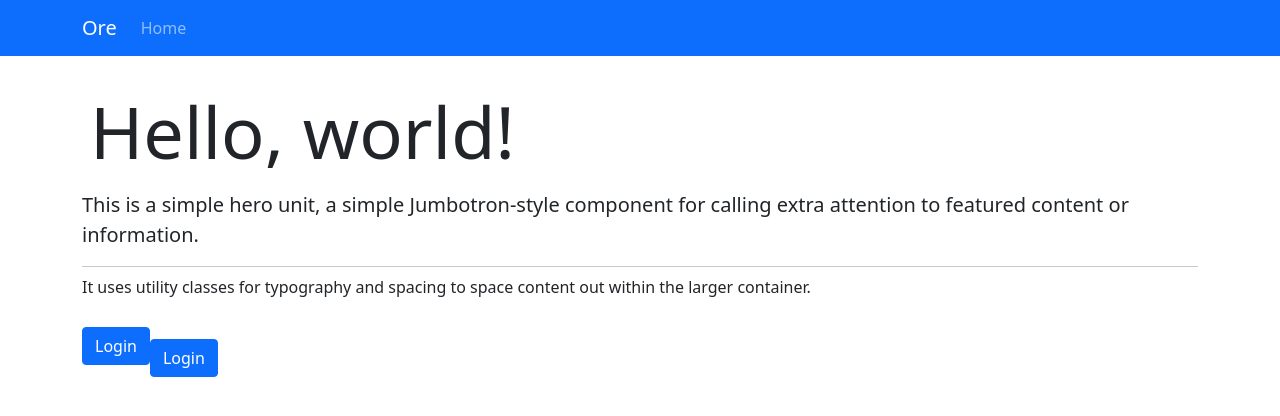
Repository: thf4/React-Front
Page: /
An editor plug-in stored every save of this project. The page is shown before and after the next save, followed by the edit.
The browser window is 1280 px wide. The pictures show the whole page.
The project was rebuilt for these pictures with package versions that can differ from the ones it lists, and the page was loaded fresh each time. Also part of the build but not shown: src/config/index.js, src/pages/Home/index.js, src/pages/Vizualizar/index.js, src/config/cadastrar.js, src/pages/Cadastrar/index.js, src/pages/Editar/index.js.

Above is the page before, as saved 2021-05-07 15:43:32.

### src/App.js
import React from "react";
import { BrowserRouter as Router, Switch, Route } from "react-router-dom";
import { Home } from "./pages/Home/";
import { View } from "./pages/Vizualizar/";
import { Cadastrar } from "./pages/Cadastrar/";
import { Editar } from "./pages/Editar/";
import { Menu } from "./components/Menu";
import { Login } from "./pages/Login/index"
import 'bootstrap/dist/css/bootstrap.min.css';
function App() {
  return (
    <div>
      <Menu />
      <Router>
        <Switch>
          <Route exact path="/" component={Login} />
          <Route path="/listar" component={Home} />
          <Route path="/view" component={View} />
          <Route path="/cadastrar" component={Cadastrar} />
          <Route path="/editar" component={Editar} />
        </Switch>
      </Router>
    </div>
  );
}

export default App;

### src/components/Menu.js
import React, { useState } from "react";
import {
  Collapse,
  Navbar,
  NavbarToggler,
  NavbarBrand,
  Nav,
  NavItem,
  NavLink,
  Container,
} from "reactstrap";
export const Menu = (props) => {
  const [isOpen, setIsOpen] = useState(false);
  const toggle = () => setIsOpen(!isOpen);

  return (
    <div>
      <Navbar color="primary" dark expand="md">
        <Container>
        <NavbarBrand href="/">Ore</NavbarBrand>
        <NavbarToggler onClick={toggle} />
        <Collapse isOpen={isOpen} navbar>
          <Nav className="mr-auto" navbar>
            <NavItem>
              <NavLink href="/">Home</NavLink>
            </NavItem>
          </Nav>
        </Collapse>
        </Container>
      </Navbar>
    </div>
  );
};

### src/pages/Login/index.js
import React from "react";
import { Jumbotron, Button, Container } from "reactstrap";

export const Login = (props) => {
  return (
    <div>
      <Jumbotron>
        <Container>
          <h1 className="display-2 mt-4 p-2">Hello, world!</h1>
          <p className="lead">
            This is a simple hero unit, a simple Jumbotron-style component for
            calling extra attention to featured content or information.
          </p>
          <hr className="my-2" />
          <p>
            It uses utility classes for typography and spacing to space content
            out within the larger container.
          </p>
          <p className="lead">
            <Button color="primary">Login</Button>
            <Button color="primary mt-4">Login</Button>
          </p>

        </Container>
      </Jumbotron>
    </div>
  );
};

Loaded but not shown: public/index.html (common file); src/index.js (common file); src/index.css (common file); src/reportWebVitals.js (common file)

After the next save:
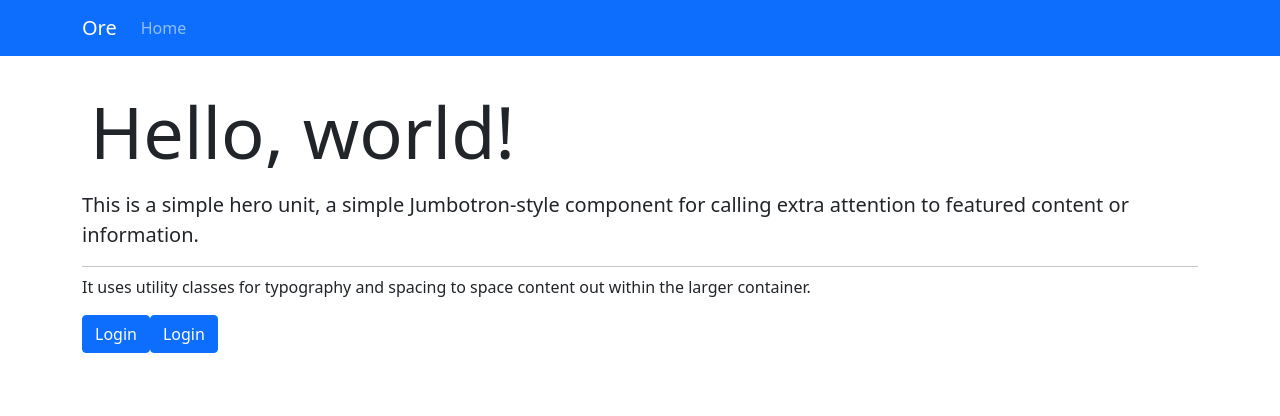
Saved 5 s later.
--- a/src/pages/Login/index.js
+++ b/src/pages/Login/index.js
@@ -18,7 +18,7 @@
           </p>
           <p className="lead">
             <Button color="primary">Login</Button>
-            <Button color="primary mt-4">Login</Button>
+            <Button color="primary">Login</Button>
           </p>
 
         </Container>

After the 3 saves that followed:
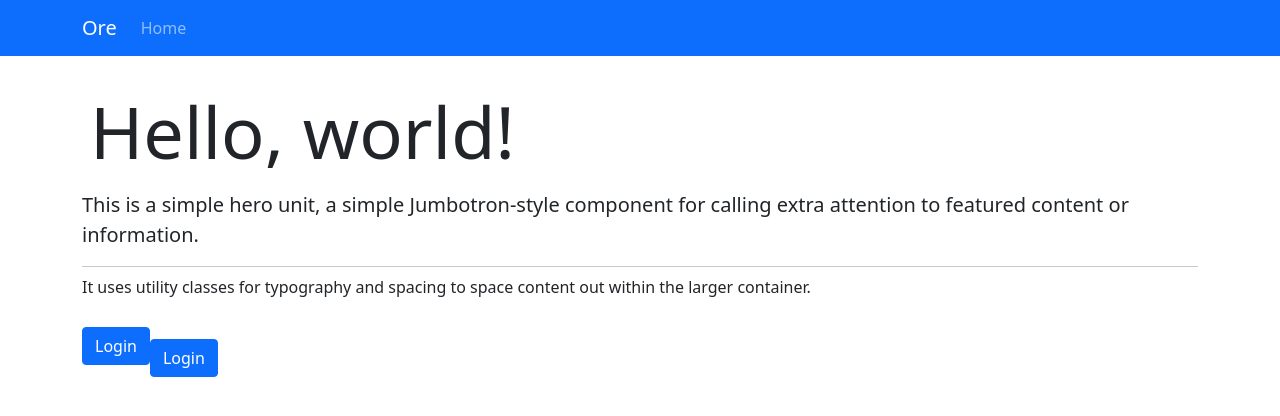
The 3 saves are shown as one change because 2 left the picture as it was.
The last was saved 37 s later.
--- a/src/pages/Login/index.js
+++ b/src/pages/Login/index.js
@@ -17,8 +17,8 @@
             out within the larger container.
           </p>
           <p className="lead">
-            <Button color="primary">Login</Button>
-            <Button color="primary">Login</Button>
+            <Button color="primary mr-4">Login</Button>
+            <Button color="primary mt-4">Login</Button>
           </p>
 
         </Container>
